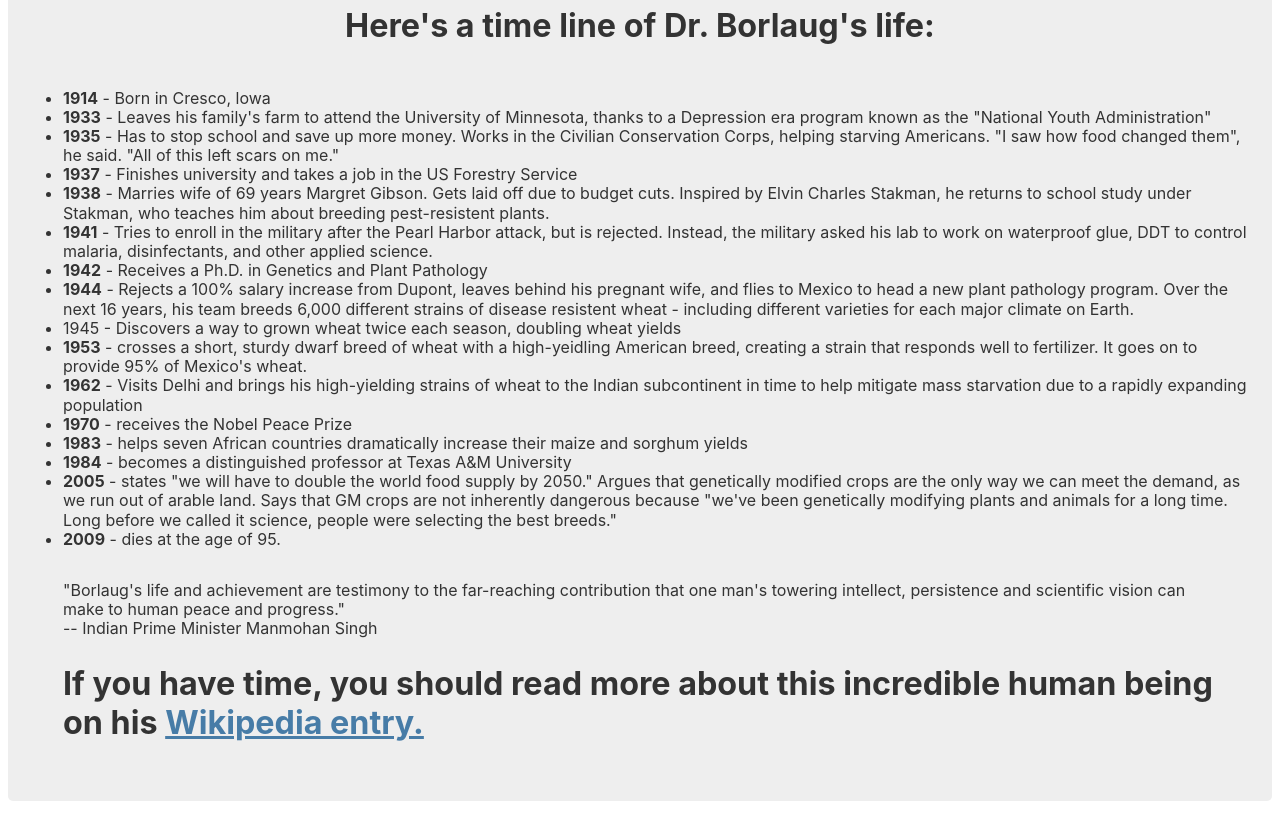
Repository: Lungdjos/tribute-page-certificate
Page: index.html
These files come from the project's save history. The page is drawn as it stood at one moment and after the next save; the edit follows.
The browser window is 1280 px wide. The pictures show the part of the page from y = 544 to 1375 px (the page is 1375 px tall).
A picture or video elsewhere on the page could not be fetched, so the positions and the page height are approximate.

Above is the page before, as saved 2023-10-30 12:47:08.

### index.html
<!DOCTYPE html>
<html lang="en">

<head>
    <meta charset="UTF-8">
    <meta name="viewport" content="width=device-width, initial-scale=1.0">
    <title>Document</title>
    <link rel="stylesheet" href="styles.css">
</head>

<body>
    <main id="main">
        <h1 id="title">Dr. Norman Borlaug</h1>
        <p>The man who saved a billion lives</p>
        <div id="img-div">
            <img id="image" src="https://cdn.freecodecamp.org/testable-projects-fcc/images/tribute-page-main-image.jpg" alt="">
            <figcaption id="img-caption">Dr. Norman Borlaug, third from the left, trains biologists in Mexico on how to increase wheat yields - part of his life-long war on hunger.</figcaption>
        </div>
        <div id="tribute-info">
            <h2>Here's a time line of Dr. Borlaug's life:</h2>
            <ul>
                <li><strong>1914</strong> - Born in Cresco, lowa</li>
                <li><strong>1933</strong> - Leaves his family's farm to attend the University of Minnesota, thanks to a Depression era program known as the "National Youth Administration"</li>
                <li><strong>1935</strong> - Has to stop school and save up more money. Works in the Civilian Conservation Corps, helping starving Americans. "I saw how food changed them", he said. "All of this left scars on me."</li>
                <li><strong>1937</strong> - Finishes university and takes a job in the US Forestry Service</li>
                <li><strong>1938</strong> - Marries wife of 69 years Margret Gibson. Gets laid off due to budget cuts. Inspired by Elvin Charles Stakman, he returns to school study under Stakman, who teaches him about breeding pest-resistent plants.</li>
                <li><strong>1941</strong> - Tries to enroll in the military after the Pearl Harbor attack, but is rejected. Instead, the military asked his lab to work on waterproof glue, DDT to control malaria, disinfectants, and other applied science.</li>
                <li><strong>1942</strong> - Receives a Ph.D. in Genetics and Plant Pathology</li>
                <li><strong>1944</strong> - Rejects a 100% salary increase from Dupont, leaves behind his pregnant wife, and flies to Mexico to head a new plant pathology program. Over the next 16 years, his team breeds 6,000 different strains of disease
                    resistent wheat - including different varieties for each major climate on Earth.</li>
                <li>1945<strong></strong> - Discovers a way to grown wheat twice each season, doubling wheat yields</li>
                <li><strong>1953</strong> - crosses a short, sturdy dwarf breed of wheat with a high-yeidling American breed, creating a strain that responds well to fertilizer. It goes on to provide 95% of Mexico's wheat.</li>
                <li><strong>1962</strong> - Visits Delhi and brings his high-yielding strains of wheat to the Indian subcontinent in time to help mitigate mass starvation due to a rapidly expanding population</li>
                <li><strong>1970</strong> - receives the Nobel Peace Prize</li>
                <li><strong>1983</strong> - helps seven African countries dramatically increase their maize and sorghum yields</li>
                <li><strong>1984</strong> - becomes a distinguished professor at Texas A&M University</li>
                <li><strong>2005</strong> - states "we will have to double the world food supply by 2050." Argues that genetically modified crops are the only way we can meet the demand, as we run out of arable land. Says that GM crops are not inherently
                    dangerous because "we've been genetically modifying plants and animals for a long time. Long before we called it science, people were selecting the best breeds."</li>
                <li><strong>2009</strong> - dies at the age of 95.</li>

            </ul>
            <blockquote>"Borlaug's life and achievement are testimony to the far-reaching contribution that one man's towering intellect, persistence and scientific vision can make to human peace and progress."<br> -- Indian Prime Minister Manmohan Singh</p>
                <h2 class="foot">If you have time, you should read more about this incredible human being on his
                    <a href="https://en.wikipedia.org/wiki/Norman_Borlaug" target="_blank" id="tribute-link">Wikipedia entry.</a></h2>
        </div>
    </main>

</body>

</html>

### styles.css
    html {
        font-size: 10px;
    }

    body {
        background: #fff;
        text-align: center;
        color: #333;
        margin: 0;
        line-height: 1.2;
        font-size: 1.6rem;
        font-family: -apple-system, BlinkMacSystemFont, 'Segoe UI', 'Roboto', 'Helvetica Neue', Arial, sans-serif;
    }

    h1 {
        font-size: 4rem;
        margin-top: 0;
    }

    @media (max-width: 40px) {
        h1 {
            font-size: 3.5rem;
            line-height: 1.2;
        }
    }

    h2 {
        font-size: 3.23rem;
    }

    #main {
        background: #eee;
        margin: 30px 8px;
        border-radius: 5px;
        padding: 15px;
    }

    @media (max-width: 460px) {
        #main {
            margin: 0;
        }
    }
    /* image styling */

    #img-div {
        background: #fff;
        padding: 10px;
        margin: 0;
    }

    #img-caption {
        margin: 15px 0;
    }

    img {
        max-width: 100%;
        display: block;
        height: auto;
        margin: 0 auto;
    }
    /* tribute infomation */

    #tribute-info {
        display: flex;
        justify-content: center;
        flex-wrap: wrap;
        text-align: left;
    }

    a {
        color: #477ca7;
    }

    a:visited {
        color: #74638f;
    }

After the next save:
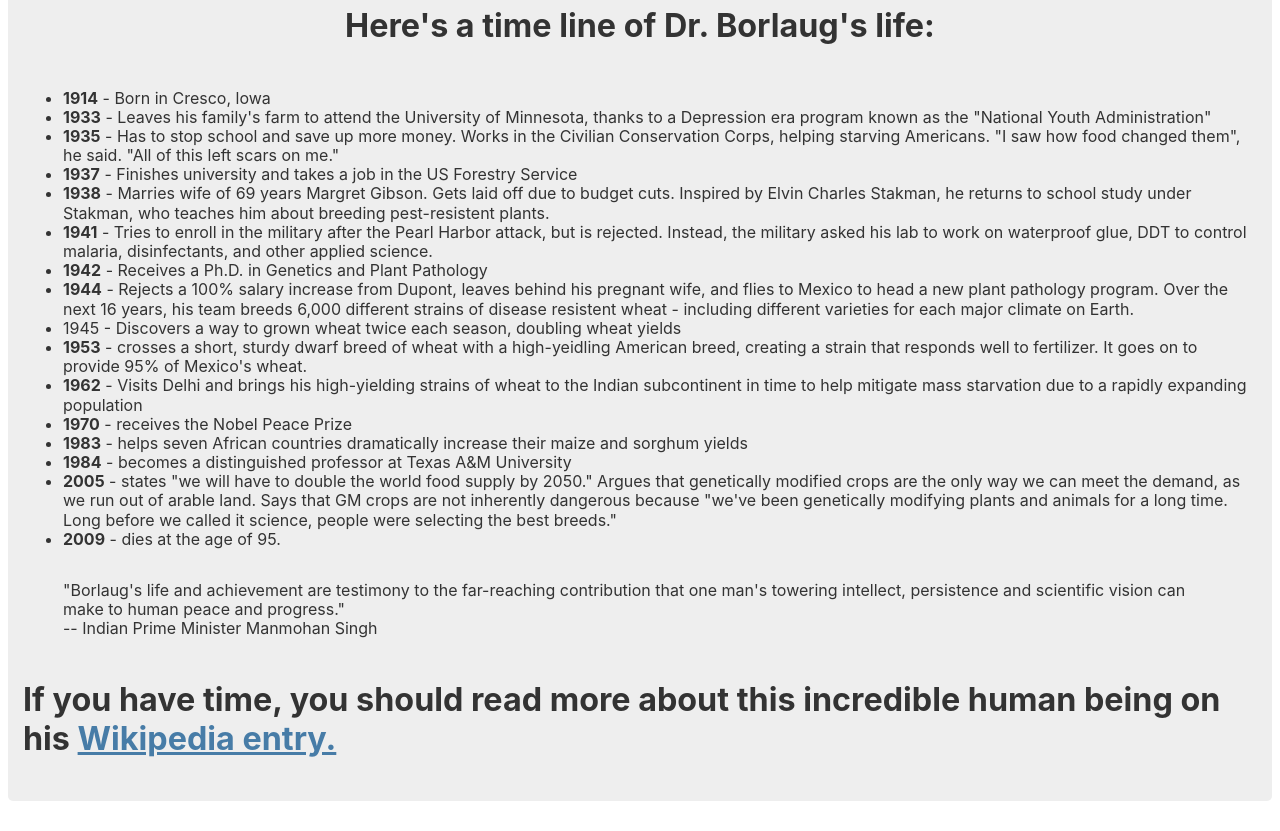
Saved 11 s later.
--- a/index.html
+++ b/index.html
@@ -39,9 +39,9 @@
                 <li><strong>2009</strong> - dies at the age of 95.</li>
 
             </ul>
-            <blockquote>"Borlaug's life and achievement are testimony to the far-reaching contribution that one man's towering intellect, persistence and scientific vision can make to human peace and progress."<br> -- Indian Prime Minister Manmohan Singh</p>
-                <h2 class="foot">If you have time, you should read more about this incredible human being on his
-                    <a href="https://en.wikipedia.org/wiki/Norman_Borlaug" target="_blank" id="tribute-link">Wikipedia entry.</a></h2>
+            <blockquote>"Borlaug's life and achievement are testimony to the far-reaching contribution that one man's towering intellect, persistence and scientific vision can make to human peace and progress."<br> -- Indian Prime Minister Manmohan Singh</blockquote>
+            <h2 class="foot">If you have time, you should read more about this incredible human being on his
+                <a href="https://en.wikipedia.org/wiki/Norman_Borlaug" target="_blank" id="tribute-link">Wikipedia entry.</a></h2>
         </div>
     </main>
 
